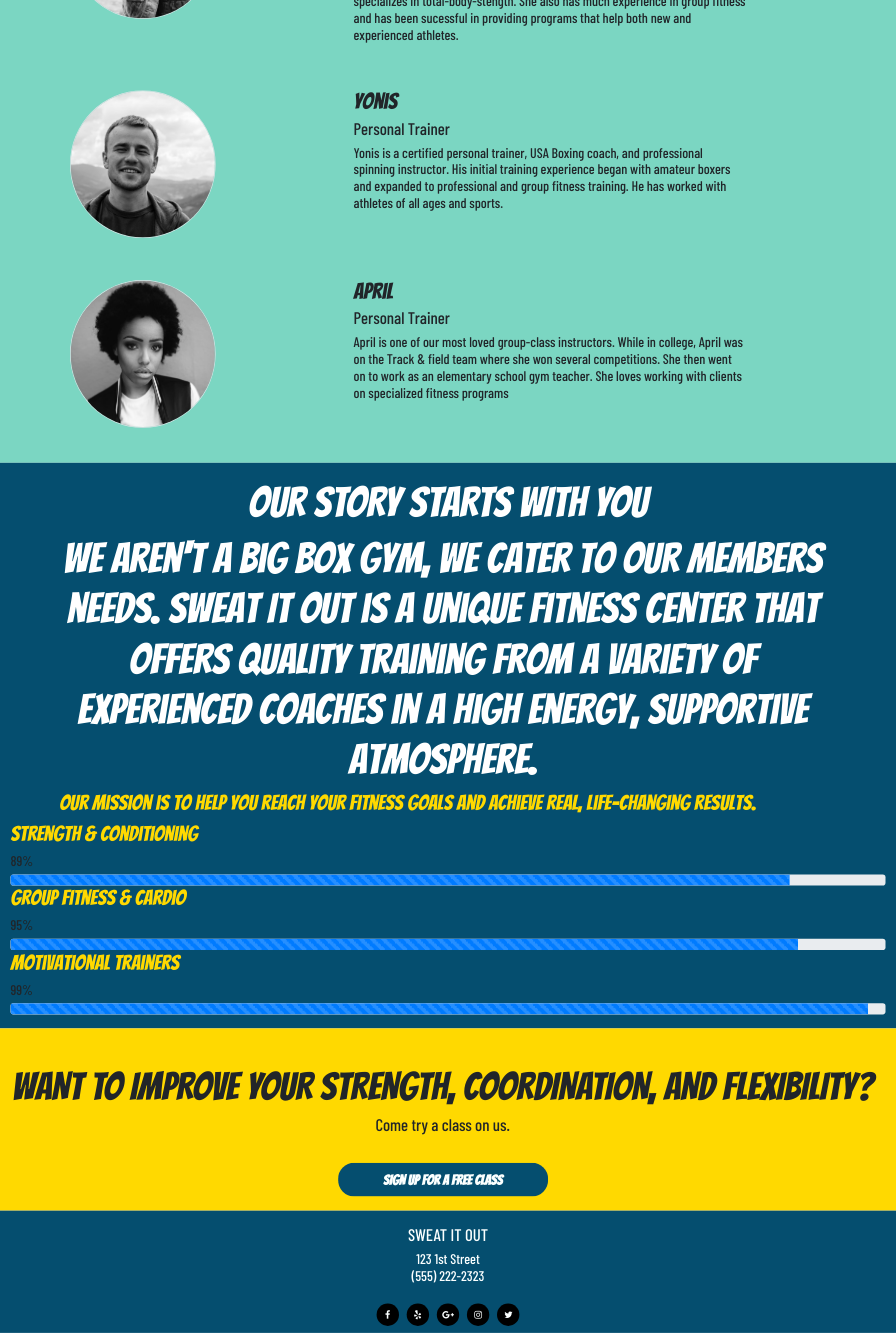
Repository: amybru/sweatitout
Page: about.html
The author's editor kept a record of every edit. The page is drawn from the files as they stood at one moment, then again after the next edit.
The browser window is 1280 px wide. The pictures show the part of the page from y = 1203 to 3123 px (the page is 3123 px tall before and 2871 px after), at 70% of full size.
Some web fonts or font styles are not loaded; a fallback is used. Some web libraries are served in a nearby version.

Above is the page before.

After the next edit:
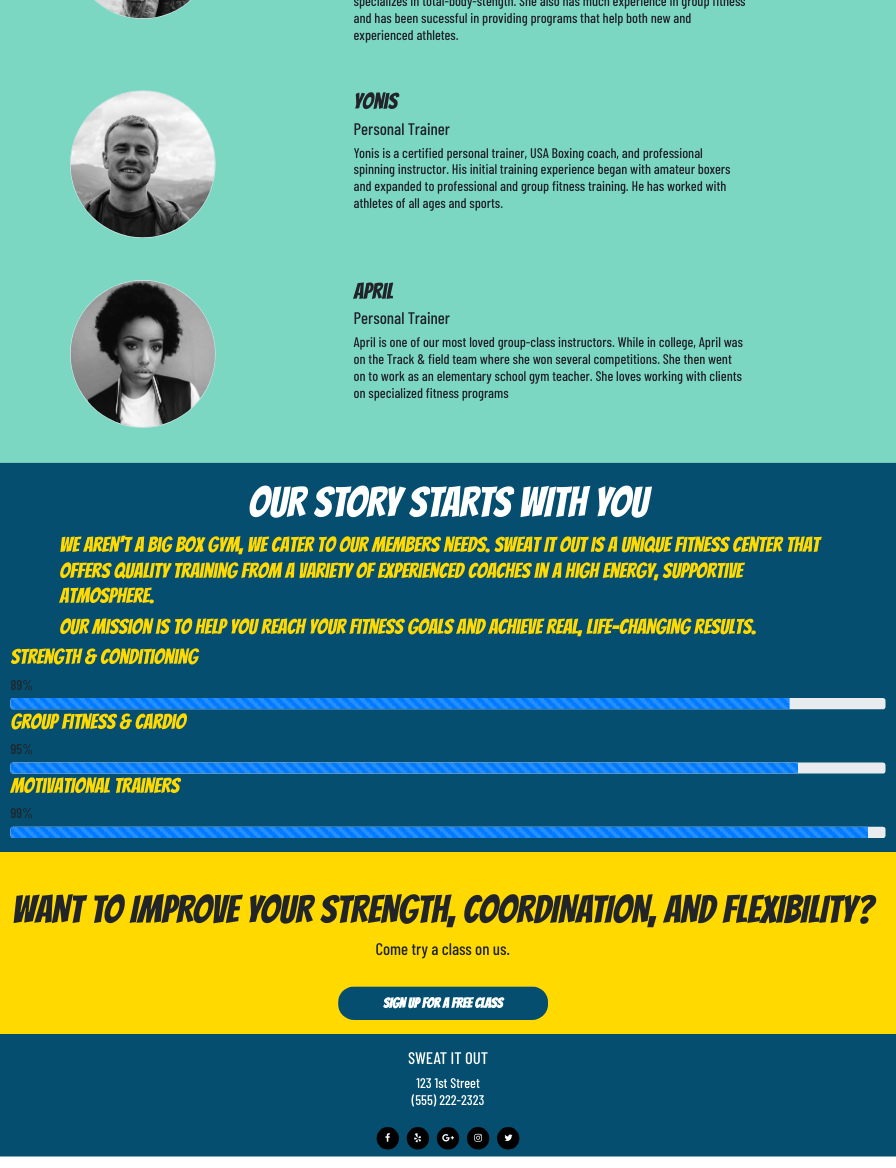
The edit:
--- a/about.html
+++ b/about.html
@@ -136,8 +136,8 @@
          <div class="col-12 about-about section-column">
             <div class="container">
                <div class="row">
-                  <div class="col-12">
-                     <h3>We aren't a big box gym, we cater to our members needs. Sweat It Out is a unique fitness center that offers quality training from a variety of experienced coaches in a high energy, supportive atmosphere.</h3>
+                  <div class="col-12 about-about">
+                     <h4>We aren't a big box gym, we cater to our members needs. Sweat It Out is a unique fitness center that offers quality training from a variety of experienced coaches in a high energy, supportive atmosphere.</h4>
                      <h4>Our mission is to help you reach your fitness goals and achieve real, life-changing results.</h4>
                   </div>
                </div>
